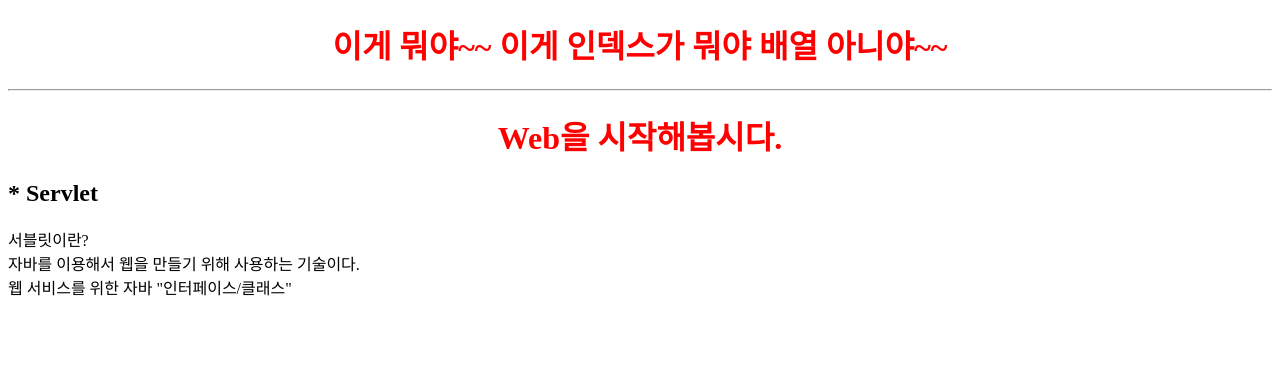
Repository: Rostreaca/0922_Web
Page: MyFirstWebProject/src/main/webapp/WEB-INF/index.html
An editor plug-in stored every save of this project. The page is shown before and after the next save, followed by the edit.
The browser window is 1280 px wide. The pictures show the whole page.

Above is the page before, as saved 2025-09-22 07:15:31.

After the next save:
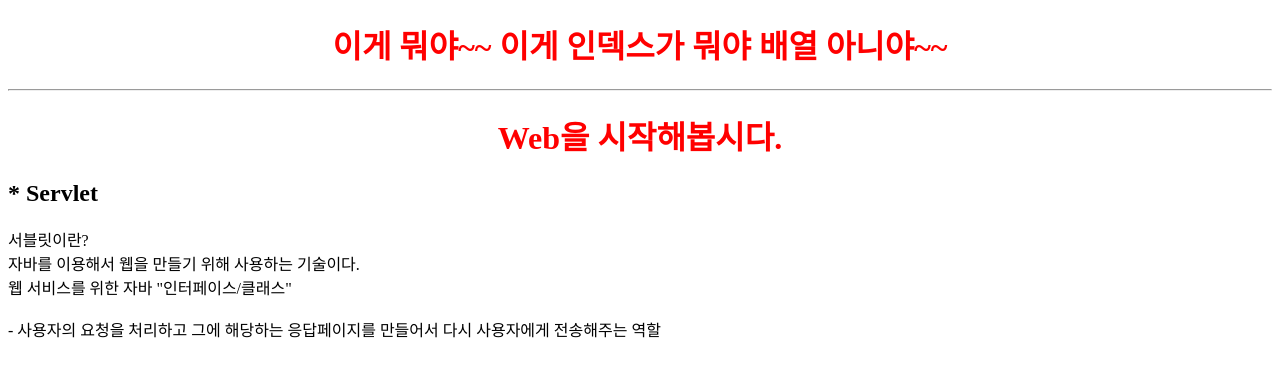
Saved 29 s later.
--- a/MyFirstWebProject/src/main/webapp/WEB-INF/index.html
+++ b/MyFirstWebProject/src/main/webapp/WEB-INF/index.html
@@ -93,6 +93,9 @@
 		자바를 이용해서 웹을 만들기 위해 사용하는 기술이다. <br>
 		웹 서비스를 위한 자바 "인터페이스/클래스" <br><br>
 
+		- 사용자의 요청을 처리하고 그에 해당하는 응답페이지를 만들어서
+		  다시 사용자에게 전송해주는 역할
+
 	</p>
 
 </body>
